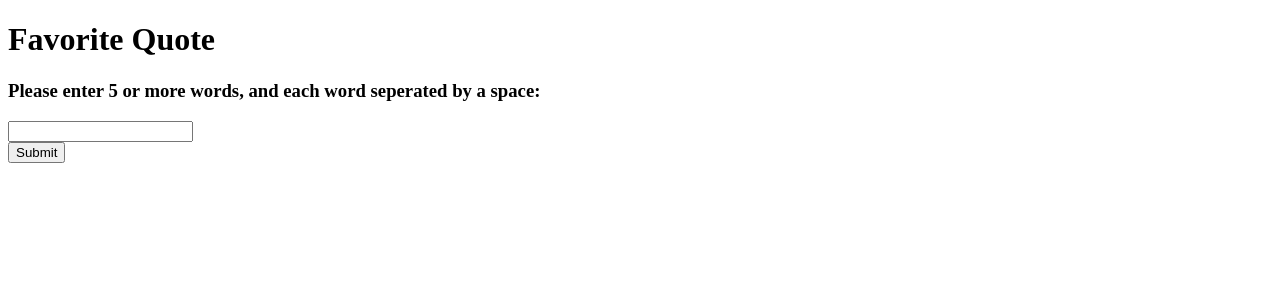
Repository: Lpanglb/COSW30
Page: Homework/HW4/quote.html
The author's editor kept a record of every edit. The page is drawn from the files as they stood at one moment, then again after the next edit.
The browser window is 1280 px wide. The pictures show the whole page.

Above is the page before.

### Homework/HW4/quote.html
<!DOCTYPE html>

<html>
    <head>

        <title>Quote asking</title>

    </head>

    <body>
        <div>
        <h1>Favorite Quote</h1>

        <form action = "quote_process.php" method = "POST">
            <labe for = "input phrase"><h3>Please enter 5 or more words, and each word seperated by a space:</h3></labe>
            <input type = "text" id= "phrase" name = "phrase" required><br>
            <button id = "submit">Submit</button>

        </form>
        </div>

        <div>


        </div>



    </body>



</html>

After the next edit:
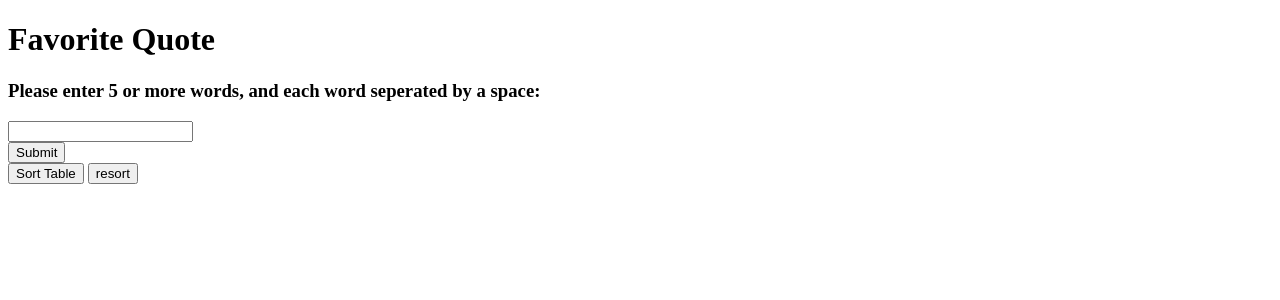
The edit:
--- a/Homework/HW4/quote.html
+++ b/Homework/HW4/quote.html
@@ -20,7 +20,9 @@
         </div>
 
         <div>
-
+            <form action = "quote_process.php" method = "POST">
+            <button id = "sorttable">Sort Table</button>
+            <button id = "re_sort">resort</button>
 
         </div>
 
